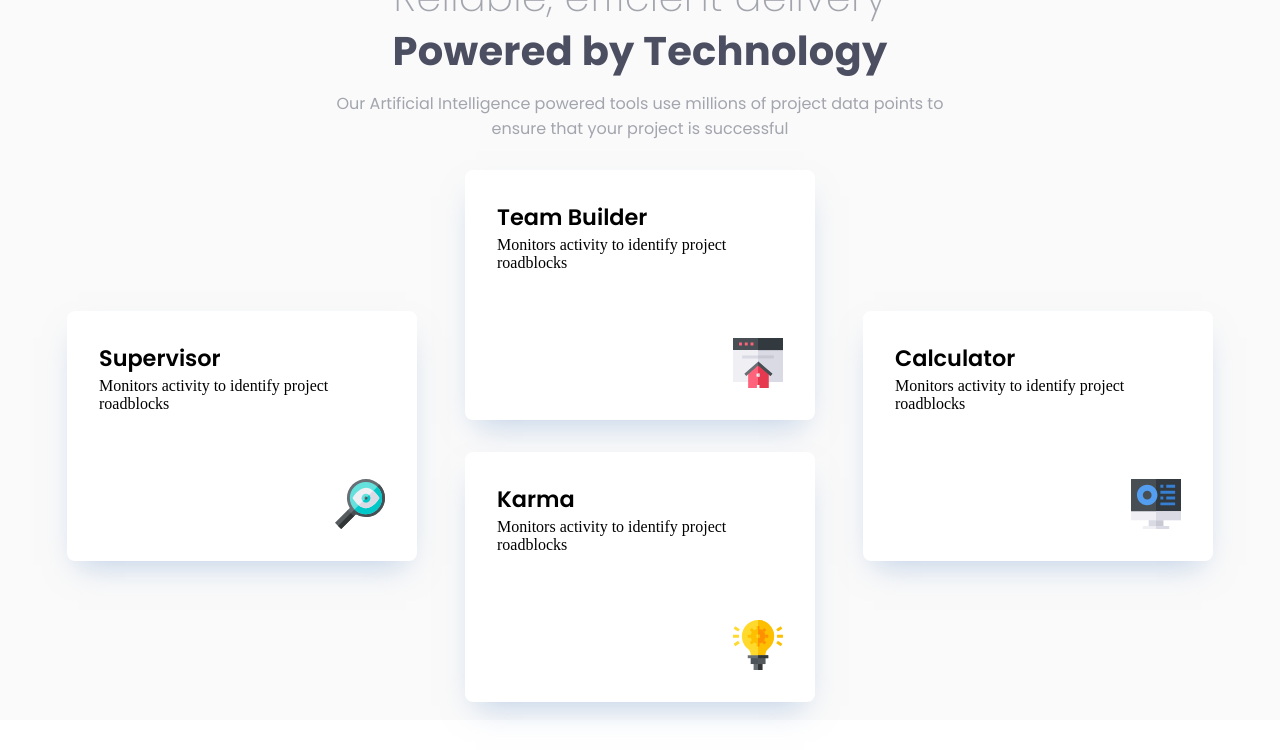
Repository: brandontaylor1/four-card-feature
Page: index.html
An editor plug-in stored every save of this project. The page is shown before and after the next save, followed by the edit.
The browser window is 1280 px wide. The pictures show the whole page.

Above is the page before, as saved 2025-01-10 19:23:02.

### index.html
<!DOCTYPE html>
<html lang="en">
<head>
    <meta charset="UTF-8">
    <meta name="viewport" content="width=device-width, initial-scale=1.0">
    <link rel="preconnect" href="https://fonts.googleapis.com">
    <link rel="preconnect" href="https://fonts.gstatic.com" crossorigin>
    <link href="https://fonts.googleapis.com/css2?family=Poppins:ital,wght@0,100;0,200;0,300;0,400;0,500;0,600;0,700;0,800;0,900;1,100;1,200;1,300;1,400;1,500;1,600;1,700;1,800;1,900&display=swap" rel="stylesheet">
    <link rel="stylesheet" href="styles.css">
    <title>Four Card Feature</title>
</head>
<body>
    <main class="container">
        <section class="page-content">
            <h1>Reliable, efficient delivery</h1>
            <h2>Powered by Technology</h2>
            <p>Our Artificial Intelligence powered tools use millions of project data points to ensure that your project is successful</p>
        </section>
        <section class="column-container">
            <div class="card-column">
                <div class="card">
                    <h3>Supervisor</h3>
                    <p>Monitors activity to identify project roadblocks</p>
                    <img src="./assets/images/icon-supervisor.svg" alt="Supervisor Icon">
                </div>
            </div>

            <div class="card-column">
                <div class="card">
                    <h3>Team Builder</h3>
                    <p>Monitors activity to identify project roadblocks</p>
                    <img src="./assets/images/icon-team-builder.svg" alt="Supervisor Icon">
                </div>
                <div class="card">
                    <h3>Karma</h3>
                    <p>Monitors activity to identify project roadblocks</p>
                    <img src="./assets/images/icon-karma.svg" alt="Supervisor Icon">
                </div>
            </div>

            <div class="card-column">
                <div class="card">
                    <h3>Calculator</h3>
                    <p>Monitors activity to identify project roadblocks</p>
                    <img src="./assets/images/icon-calculator.svg" alt="Supervisor Icon">
                </div>
            </div>
        </section>
    </main>

</body>
</html>

### styles.css
* {
    margin: 0;
    padding: 0;
    box-sizing: border-box;
}

:root {
    --primary-red: hsl(0, 78%, 62%);
    --primary-cyan: hsl(180, 62%, 55%);
    --primary-orange: hsl(34, 97%, 64%);
    --primary-blue: hsl(212, 86%, 64%);

    --secondary-dark-blue: hsl(234, 12%, 34%);
    --secondary-grayish-blue: hsl(229, 6%, 66%);
    --secondary-light-gray: hsl(0, 0%, 98%);
}

.container {
    height: 100vh;
    display: flex;
    align-items: center;
    justify-content: center;
    flex-direction: column;
    background-color: #FAFAFA;
}

.page-content {
    display: flex;
    flex-direction: column;
    align-items: center;
    justify-content: space-between;
    height: 150px;
    width: 650px;
    margin-bottom: 50px;
}

.page-content h1 {
    font-size: 2.5rem;
    font-family: "Poppins", sans-serif;
    font-weight: 200;
    line-height: 54px;
    letter-spacing: .25px;
    color: var(--secondary-grayish-blue);
}

.page-content h2 {
    font-size: 2.5rem;
    font-family: "Poppins", sans-serif;
    font-weight: 700;
    line-height: 54px;
    letter-spacing: .25px;
    color: var(--secondary-dark-blue);
    margin-bottom: 13px;
}

.page-content p {
    font-size: 1rem;
    font-family: "Poppins", sans-serif;
    font-weight: 400;
    line-height: 25px;
    text-align: center;
    color: var(--secondary-grayish-blue);

}

.column-container {
    display: grid;
    justify-content: center;
    align-items: center;
    grid-template-columns: repeat(3, 1fr);
    grid-template-rows: repeat(2, auto);
    gap: 3rem;
}

.card:nth-child(2) {
    margin-top: 2rem;
}

.card {
    width: 350px;
    height: 250px;
    border-radius: 0.5rem;
    padding: 2rem;
    position: relative;
    background: #FFF;
    box-shadow: 0px 15px 30px -11px rgba(131, 166, 210, 0.50);
}

.card h3 {
    font-size: 1.4rem;
    font-family: "Poppins", sans-serif;
    font-weight: 600;
    line-height: 30px;
    margin-bottom: 4px;
}

.card img {
    width: 50px;
    height: 50px;
    position: absolute;
    bottom: 2rem;
    right: 2rem;
}

@media (max-width: 900px) {
    .container {
        height: auto;
        padding: 2rem;
    }

    .page-content {
        margin-top: 85px;
    }

    .card {
        width: 100%;
    }

    .column-container {
        grid-template-columns: 1fr;
    }
}

After the next save:
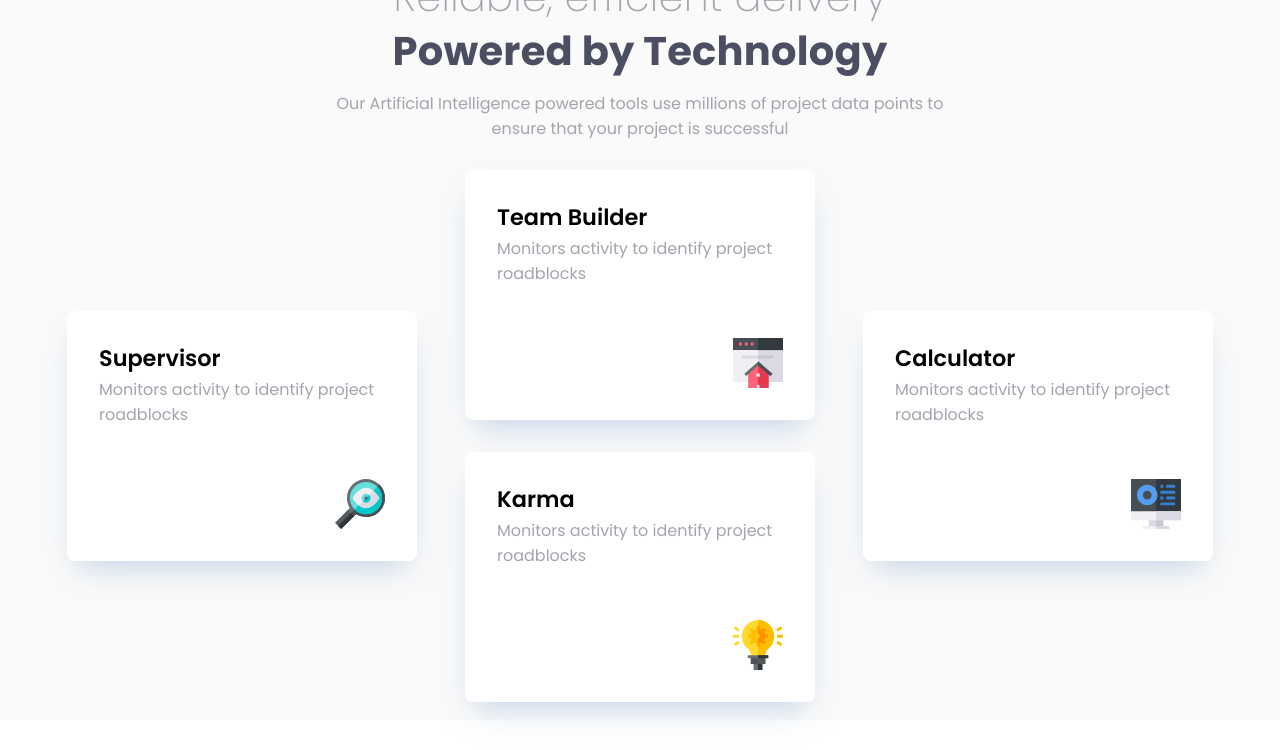
Saved 2 min 19 s later.
--- a/styles.css
+++ b/styles.css
@@ -94,6 +94,15 @@
     margin-bottom: 4px;
 }
 
+.card p {
+    font-size: 1rem;
+    font-family: "Poppins", sans-serif;
+    font-weight: 400;
+    line-height: 25px;
+    font-family: "Poppins", sans-serif;
+    color: var(--secondary-grayish-blue);
+}
+
 .card img {
     width: 50px;
     height: 50px;
